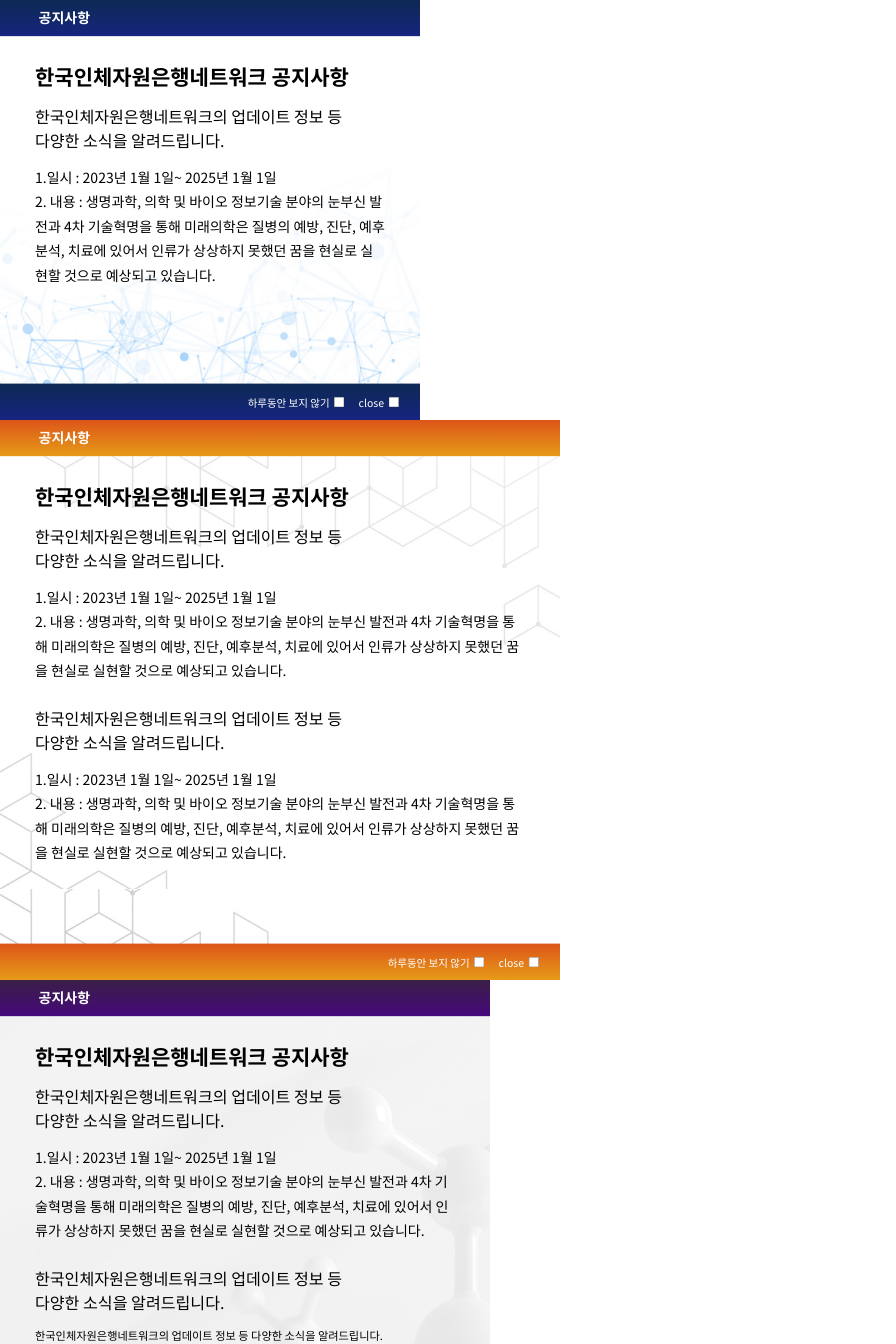
Repository: dlgywls1130/common_popup
Page: index.html
These files come from the project's save history. The page is drawn as it stood at one moment and after the next save; the edit follows.
The browser window is 1280 px wide. The pictures show the part of the page from y = 0 to 1920 px (the page is 2600 px tall before and 872 px after), at 70% of full size.

Above is the page before, as saved 2023-10-26 00:38:57.

### index.html
<!DOCTYPE html>
<html lang="en">
<head>
    <meta charset="UTF-8">
    <meta name="viewport" content="width=device-width, initial-scale=1.0">
    <title>Document</title>

    <link rel="stylesheet" href="./style.css">
</head>
<body>

    <!-- 첫번째 팝업 -->
    <div class="common_modal blue">
        <div class="common_head ">
            공지사항
        </div>
        <div class="common_body">
            <h2 class="common_body_head">
                한국인체자원은행네트워크 공지사항
            </h2>
            <div class="common_body_span">
                한국인체자원은행네트워크의 업데이트 정보 등
                <br>다양한 소식을 알려드립니다.
            </div>
            <div class="common_body_descript">
                <p>1.일시 : 2023년 1월 1일~ 2025년 1월 1일</p>
                <p>2. 내용 : 생명과학, 의학 및 바이오 정보기술 분야의 눈부신
                발전과 4차 기술혁명을 통해 미래의학은 질병의 예방, 진단,
                예후분석, 치료에 있어서 인류가 상상하지 못했던 꿈을 현실로
                실현할 것으로 예상되고 있습니다.</p>
            </div>
        </div>
        <div class="common_footer">
            <div class="day_off">
                <label for="all-none">하루동안 보지 않기</label>
                <input id="all-none" type="checkbox">
            </div>
            <div class="day_close">
                <label for="closechk">close</label>
                <input id="closechk" type="checkbox">
            </div>
        </div>
    </div>

    <!-- 두번째 팝업 -->
    <div class="common_modal orange">
        <div class="common_head">
            공지사항
        </div>
        <div class="common_body">
            <h2 class="common_body_head">
                한국인체자원은행네트워크 공지사항
            </h2>
            <div class="common_body_span">
                한국인체자원은행네트워크의 업데이트 정보 등
                <br>다양한 소식을 알려드립니다.
            </div>
            <div class="common_body_descript mb-34">
                <p>1.일시 : 2023년 1월 1일~ 2025년 1월 1일</p>
                <p>2. 내용 : 생명과학, 의학 및 바이오 정보기술 분야의 눈부신
                발전과 4차 기술혁명을 통해 미래의학은 질병의 예방, 진단,
                예후분석, 치료에 있어서 인류가 상상하지 못했던 꿈을 현실로
                실현할 것으로 예상되고 있습니다.</p>
            </div>
            <div class="common_body_span">
                한국인체자원은행네트워크의 업데이트 정보 등
                <br>다양한 소식을 알려드립니다.
            </div>
            <div class="common_body_descript">
                <p>1.일시 : 2023년 1월 1일~ 2025년 1월 1일</p>
                <p>2. 내용 : 생명과학, 의학 및 바이오 정보기술 분야의 눈부신
                발전과 4차 기술혁명을 통해 미래의학은 질병의 예방, 진단,
                예후분석, 치료에 있어서 인류가 상상하지 못했던 꿈을 현실로
                실현할 것으로 예상되고 있습니다.</p>
            </div>
        </div>
        <div class="common_footer">
            <div class="day_off">
                <label for="all-none">하루동안 보지 않기</label>
                <input id="all-none" type="checkbox">
            </div>
            <div class="day_close">
                <label for="closechk">close</label>
                <input id="closechk" type="checkbox">
            </div>
        </div>
    </div>

    <!-- 세번째팝업 -->
    <div class="common_modal purple">
        <div class="common_head">
            공지사항
        </div>
        <div class="common_body">
            <h2 class="common_body_head">
                한국인체자원은행네트워크 공지사항
            </h2>
            <div class="common_body_span">
                한국인체자원은행네트워크의 업데이트 정보 등
                <br>다양한 소식을 알려드립니다.
            </div>
            <div class="common_body_descript mb-34">
                <p>1.일시 : 2023년 1월 1일~ 2025년 1월 1일</p>
                <p>2. 내용 : 생명과학, 의학 및 바이오 정보기술 분야의 눈부신
                발전과 4차 기술혁명을 통해 미래의학은 질병의 예방, 진단,
                예후분석, 치료에 있어서 인류가 상상하지 못했던 꿈을 현실로
                실현할 것으로 예상되고 있습니다.</p>
            </div>
            <div class="common_body_span">
                한국인체자원은행네트워크의 업데이트 정보 등
                <br>다양한 소식을 알려드립니다.
            </div>
            <p>한국인체자원은행네트워크의 업데이트 정보 등 다양한 소식을
                알려드립니다.</p>
        </div>
        <div class="common_footer">
            <div class="day_off">
                <label for="all-none">하루동안 보지 않기</label>
                <input id="all-none" type="checkbox">
            </div>
            <div class="day_close">
                <label for="closechk">close</label>
                <input id="closechk" type="checkbox">
            </div>
        </div>
    </div>

    <!-- 네번째 팝업 -->
    <div class="common_modal sky">
        <div class="common_head">
            공지사항
        </div>
        <div class="common_body">
            <h2 class="common_body_head">
                공지사항
            </h2>
            <div class="common_body_span mb-34">
                한국인체자원은행네트워크의 업데이트 정보 등
                다양한 소식을 알려드립니다.
            </div>
            <div class="common_body_descript">
                <p>1.일시 : 2023년 1월 1일~ 2025년 1월 1일</p>
                <p>내용 : 생명과학, 의학 및 바이오 정보기술 분야의
                    눈부신 발전과 4차 기술혁명을 통해 미래의학은</p>
            </div>
        </div>
        <div class="common_footer">
            <div class="day_off">
                <label for="all-none">하루동안 보지 않기</label>
                <input id="all-none" type="checkbox">
            </div>
            <div class="day_close">
                <label for="closechk">close</label>
                <input id="closechk" type="checkbox">
            </div>
        </div>
    </div>
</body>

<script src="main.js"></script>
</html>

### style.css


@import url('https://fonts.googleapis.com/css2?family=Noto+Sans+KR:wght@300;400;500;700&display=swap');

html, body, div, span, applet, object, iframe,
h1, h2, h3, h4, h5, h6, p, blockquote, pre,
a, abbr, acronym, address, big, cite, code,
del, dfn, em, img, ins, kbd, q, s, samp,
small, strike, strong, sub, sup, tt, var,
b, u, i, center,
dl, dt, dd, ol, ul, li,
fieldset, form, label, legend,
table, caption, tbody, tfoot, thead, tr, th, td,
article, aside, canvas, details, embed,
figure, figcaption, footer, header, hgroup,
menu, nav, output, ruby, section, summary,
time, mark, audio, video {
	margin: 0;
	padding: 0;
	border: 0;
	font-size: 100%;
	font: inherit;
	vertical-align: baseline;
}

.mb-34{margin-bottom: 34px;}

/* common modal */

.common_modal{
    font-family: 'Noto Sans KR', sans-serif;
    position: relative;
    display: block;
}

.common_modal .common_head{
    height: 52px;
    color: #fff;
    width: 100%;
    text-align: left;
    font-size: 20px;
    font-weight: 700;
    padding: 10px 55px;
    box-sizing: border-box;
}

.common_modal.blue {
    width: 600px;
    height: 600px;
    background: url('../img/bg1.jpg')no-repeat;
    background-size: cover;

}

.common_modal.orange {
    width: 800px;
    height: 800px;
    background: url('../img/bg2.jpg')no-repeat;
    background-size: cover;
}

.common_modal.purple {
    width: 700px;
    height: 700px;
    background: url('../img/bg3.jpg')no-repeat;
    background-size: cover;
}

.common_modal.sky {
    width: 500px;
    height: 500px;
    background: url('../img/bg4.jpg')no-repeat;
    background-size: cover;
}

.common_modal.blue .common_body{
    background: url('../img/bg1.jpg')no-repeat;
    background-size: cover;
    width: 100%;
    padding: 35px 50px;
    box-sizing: border-box;
}

.common_modal.orange .common_body{
    background: url('../img/bg2.jpg')no-repeat;
    background-size: cover;
    width: 100%;
    padding: 35px 50px;
    box-sizing: border-box;
}

.common_modal.purple .common_body{
    background: url('../img/bg3.jpg')no-repeat;
    background-size: cover;
    width: 100%;
    padding: 35px 50px;
    box-sizing: border-box;
}

.common_modal.sky .common_body{
    background: url('../img/bg4.jpg')no-repeat;
    background-size: cover;
    width: 100%;
    padding: 30px 40px;
    box-sizing: border-box;
}

.common_footer{
    position: absolute;
    bottom: 0;
    left: 0;
    width: 100%;
    height: 52px;
    display: flex;
    align-items: center;
    justify-content: flex-end;
    padding: 20px 30px;
    box-sizing: border-box;
}

.common_footer .day_off label,
.common_footer .day_close label{
    color: #fff;
    font-size: 15px;
    font-weight: 300;
    margin-right: 0.4rem;

}

.common_footer .day_off{
    margin-right: 20px;
    display: flex;
    align-items: center;
}

.common_footer .day_close {
    display: flex;
    align-items: center;
}

.common_footer input[type="checkbox" i] {
    width: 15px;
    height: 15px;
    background-color: #fff;
    border: none;
    margin: 0;
}

.common_modal.blue .common_head,
.common_modal.blue .common_footer
{
    background: linear-gradient(180deg, rgba(13,41,83,1) 0%, rgba(22,37,128,1) 100%);
}

.common_modal.orange .common_head,
.common_modal.orange .common_footer
{
    background: linear-gradient(180deg, rgba(221,85,25,1) 0%, rgba(230,155,24,1) 100%);
}

.common_modal.purple .common_head,
.common_modal.purple .common_footer
{
    background: linear-gradient(180deg, rgba(59,31,71,1) 0%, rgba(69,8,123,1) 100%);
}

.common_modal.sky .common_head,
.common_modal.sky .common_footer
{
    background: linear-gradient(180deg, rgba(13,41,83,1) 0%, rgba(15,91,149,1) 100%);
}


.common_body_head{
    font-size: 30px;
    font-weight: 700;
    margin-bottom: 18px;
}

.common_body_span{
    font-size: 23px;
    font-weight: 500;
    margin-bottom: 18px;
    line-height: 34px;
}

.common_body_descript p{
    font-size: 20px;
    line-height: 35px;
    font-weight: 300;
}

### main.js
// 팝업 닫기 기능
document.querySelectorAll('.day_close input').forEach((closeBtn, index) => {
    closeBtn.addEventListener('change', function() {
        if (this.checked) {
            this.closest('.common_modal').style.display = 'none';
            this.checked = false; // 체크를 해제합니다.
            sessionStorage.removeItem('hideModal' + index); // 해당 팝업의 세션스토리지 정보를 삭제합니다.
        }
    });
});

// 쿠키 설정 함수
function setCookie(name, value, hours) {
    let date = new Date();
    date.setTime(date.getTime() + (hours*60*60*1000));
    let expires = "expires="+date.toUTCString();
    document.cookie = name + "=" + value + ";" + expires + ";path=/";
}

// 쿠키 가져오기 함수
function getCookie(name) {
    let cookieArray = document.cookie.split(';');
    for(let i = 0; i < cookieArray.length; i++) {
        let cookie = cookieArray[i].trim();
        if (cookie.indexOf(name) == 0) {
            return cookie.substring(name.length + 1, cookie.length);
        }
    }
    return "";
}

document.querySelectorAll('.day_off input').forEach((dayOffBtn, index) => {
    dayOffBtn.addEventListener('change', function() {
        if (this.checked) {
            setCookie('hideModal' + index, 'true', 24); // 24시간 동안 쿠키 설정
            this.closest('.common_modal').style.display = 'none';
        }
    });

    if (getCookie('hideModal' + index) === 'true') {
        dayOffBtn.closest('.common_modal').style.display = 'none';
    } else {
        dayOffBtn.closest('.common_modal').style.display = 'block';
    }
});

After the next save:
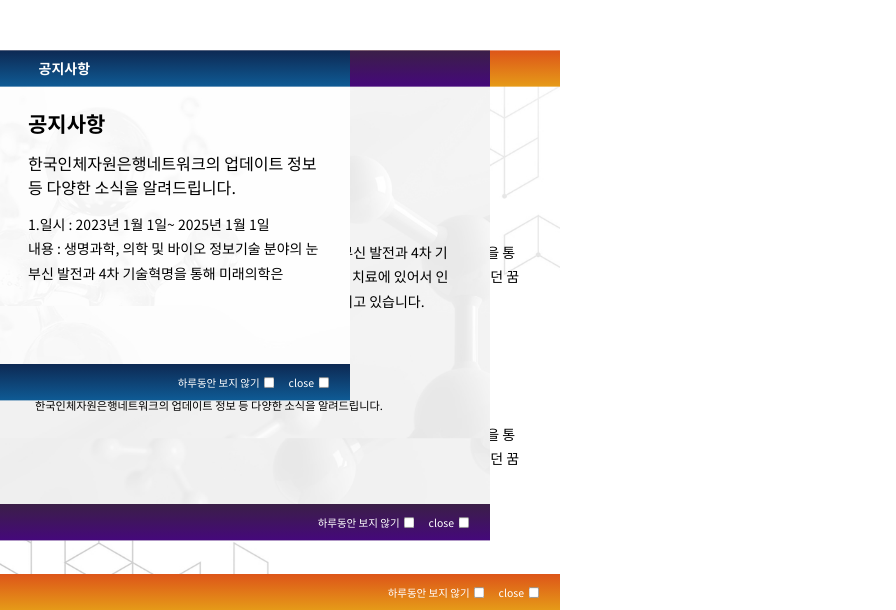
Saved 9 min 5 s later.
--- a/style.css
+++ b/style.css
@@ -31,6 +31,9 @@
     font-family: 'Noto Sans KR', sans-serif;
     position: relative;
     display: block;
+
+    position: absolute;
+    top: 10%;
 }
 
 .common_modal .common_head{
